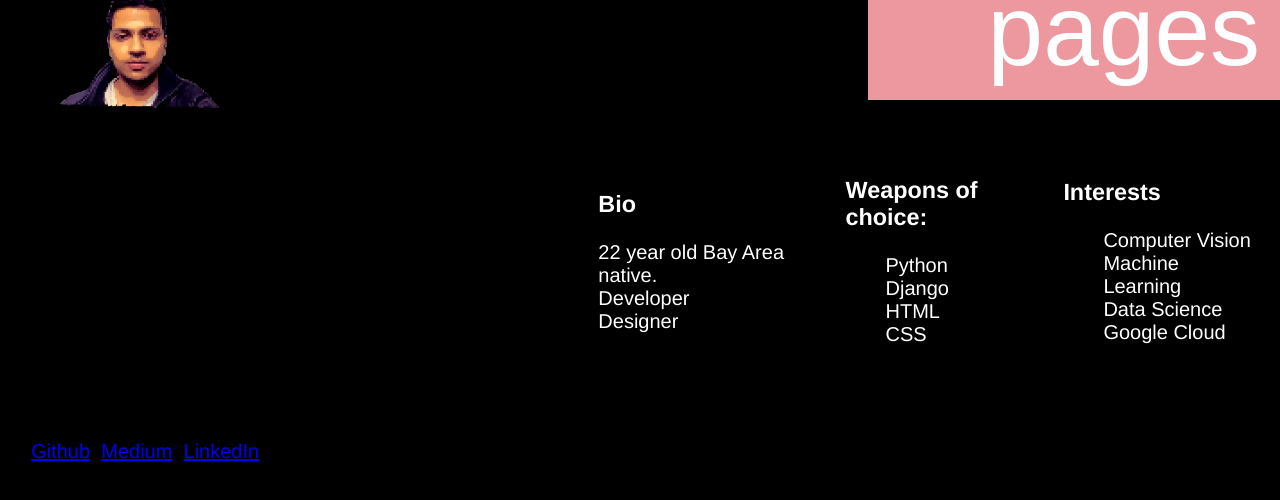
Repository: SamirIngley/html-semantic
Page: templates/about.html
These files come from the project's save history. The page is drawn as it stood at one moment and after the next save; the edit follows.
The browser window is 1280 px wide. The pictures show the whole page.

Above is the page before, as saved 2020-02-05 22:46:59.

### templates/about.html
<!DOCTYPE html>
<html lang="en">
<div class="wrapper">
    <head>
        <meta charset="UTF-8">
        <meta name="viewport" content="width=device-width, initial-scale=1.0">
        <meta http-equiv="X-UA-Compatible" content="ie=edge">
        <link href="style.css" rel="stylesheet">
        <title>Samir Ingle</title>
    <head>
    <div class="header-right">
            <nav>
            <div class='dropdown'>
                <button class='dropbtn'>pages</button>
                <div class="dropdown-content">
                    <a href="/about">about</a>
                    <a href="/projects">projects</a>
                    <a href="/contact">contact</a>
                </div>
            </div>
        </nav>
    </div>


    <div class ="main-content">
    <!-- <center> -->

        <div class="bio">
            <h3>Bio</h3>
            <p>
            22 year old Bay Area native.
            <br>
            Developer
            <br>
            Designer
            </p>
        </div>
        <div class="bio">
            <h3>Weapons of choice:</h3>
            <ul>
                <li>Python</li>
                <li>Django</li>
                <li>HTML</li>
                <li>CSS</li>
            </ul>
        </div>
        <div class="bio">
            <h3>Interests</h3>
            <ul>
                <li>Computer Vision</li>
                <li>Machine Learning</li>
                <li>Data Science</li>
                <li>Google Cloud</li>
            </ul>
        </div>
            <p>

    </div>

    <div class="footer">
            <br>
            <a href="https://github.com/SamirIngley">Github</a>
            <a href="https://medium.com/@SamirIngle">Medium</a>
            <a href="https://www.linkedin.com/in/samiringle/">LinkedIn</a>
    </div>

    <div class="photo">
            <figure>
                    <img src="static/images/8-bit.png" alt="samir-profile-pic" style="width:100%;">
                    <!-- <figcaption>Samir Ingle headshot</figcaption> -->
                </figure>
            </div>
    <!-- </center> -->
</div>

### templates/style.css

/* * {
    box-sizing: border-box;
} */

body {
  margin: 0;
  font-size: 20px;
  background-color:rgb(0, 0, 0);
  color: white;
  font-family: Helvetica;
}

.wrapper {
    display: grid;
    grid-gap: 10px;
    grid-template-columns: repeat(4, 1fr);
    grid-template-rows: 100px 300px;
    /*
    The named areas below define where elements with
    those names are placed on the grid.
    */
    grid-template-areas:  "h h h r"
                          "s s m m"
                          "f . g g";
  }

  .wrapper>div {
    color: white;
    font-family: Helvetica;
    padding: 1em;
    display: flex;
    justify-content: space-between;
    align-items: center;
    /* height: 20px; */
  }

  .header {
    /* Name this element to place it on the grid */
    grid-area: h;
  }

  .header-right {
    grid-area: r;
  }

  .main-content {
    grid-area: m;
  }

  .side-bar {
    grid-area: s;
  }

  .footer {
    grid-area: f;
  }

  .footer-right {
    grid-area: g;
  }

  .wrapper>div:nth-child(1) {
    background-color: #97edab
  }

  .wrapper>div:nth-child(2) {
    background-color: #e5db8e
  }

  .wrapper>div:nth-child(3) {
    background-color: #97dced
  }

  .wrapper>div:nth-child(4) {
    background-color: #97a1ed
  }

  .wrapper>div:nth-child(5) {
    background-color: #b597ed
  }

  .wrapper>div:nth-child(6) {
    background-color: #ed979e
  }

/* ----- Bio ----- */

.bio ul {
  list-style: none;
}



/* ----- Nav ----- */
nav {
  background-color: rgba(215, 176, 251, 0);
  /* font-weight:bold; */
}


nav a {
  color: white;
  text-align: right;
  font-size: 2vw;
  text-decoration: none;
}

nav a:hover{
  color: lime;
}

nav a.active {
  background-color: orange;
  color: purple;
}


nav {
  display: flex;
  justify-content: flex-end;
  list-style: none;
} */
/*
nav {
    padding: 1em;
} */




.topnav {
  overflow: hidden;
  background-color: rgb(226, 226, 226);
}

.topnav a {
  float: right;
  color: #ffffff;
  text-align: center;
  padding: 14px 16px;
  text-decoration: none;
  font-size: 3px;
}

.topnav a:hover {
  background-color: #ddd;
  color: black;
}

.topnav a.active {
  background-color: lime;
  color: white;
}


/* -------- Drop Down -------- */

.dropbtn {
  background-color: rgba(247, 246, 246, 0);
  color: white;
  /* padding: 60px; */
  padding: 10px 0px 50px 100px;

  font-size: 5em;
  border: 1px;
  cursor: pointer;
}

.dropbtn:hover {
  color: lime;

}

.dropdown {
  position: relative;
  display: inline-block;
}

.dropdown-content {
  display: none;
  position: absolute;
  padding: 0px;
  border: 0px;
  margin: 0px;

  right: 0;
  background-color: #6f6f6f00;
  min-width: 200px;
  box-shadow: 0px 8px 16px 0px rgba(0,0,0,0.2);
  z-index: 1;
}

.dropdown-content a {
  color: white;
  padding: 100px 100px 100 100px;
  text-decoration: none;
  display: block;
  font-size: 13em;

}

.dropdown-content a:hover {background-color: #00000000;}

.dropdown:hover .dropdown-content {display: block;}
.dropdown:hover .dropbtn {background-color: #000000;}

After the next save:
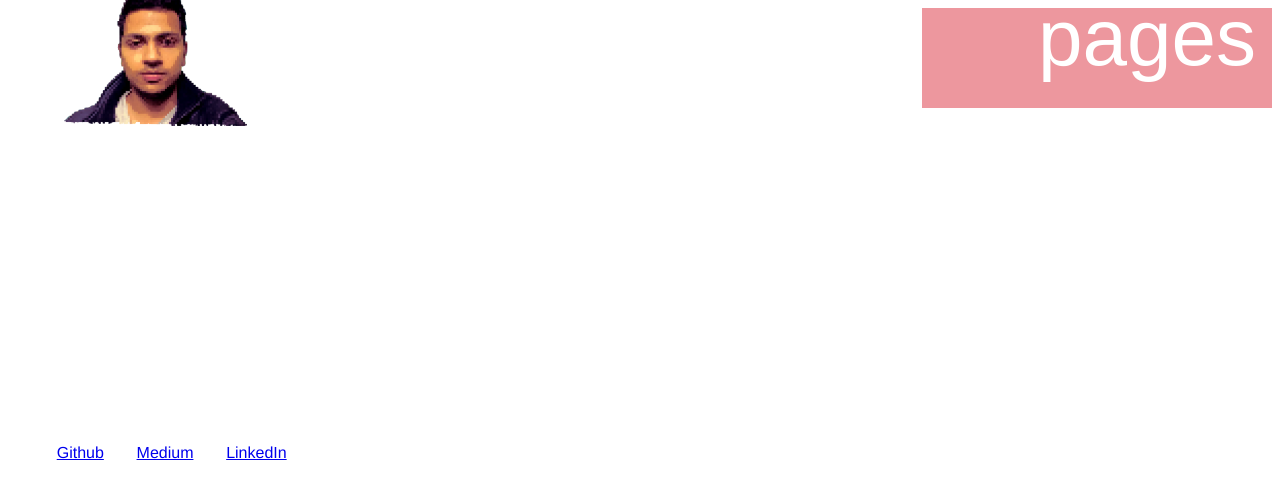
Saved 5 s later.
--- a/templates/style.css
+++ b/templates/style.css
@@ -3,13 +3,13 @@
     box-sizing: border-box;
 } */
 
-body {
+/* body {
   margin: 0;
   font-size: 20px;
   background-color:rgb(0, 0, 0);
   color: white;
   font-family: Helvetica;
-}
+}   */
 
 .wrapper {
     display: grid;
